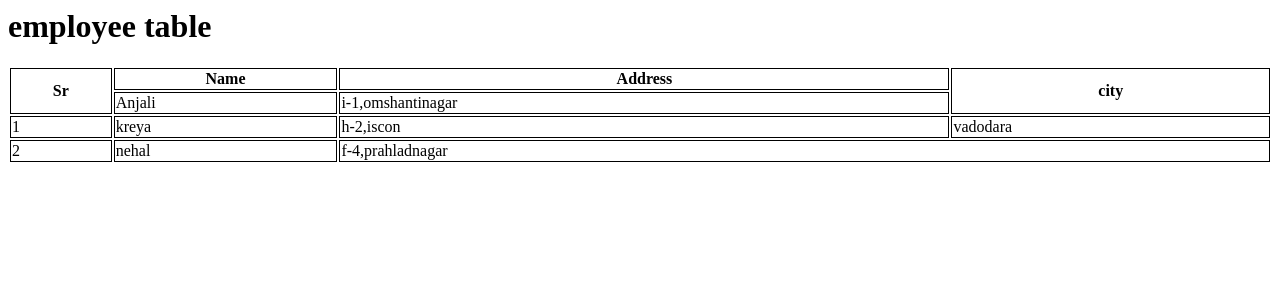
Repository: pratixa-chauhan/practice
Page: style/table3.html
These files come from the project's save history. The page is drawn as it stood at one moment and after the next save; the edit follows.
The browser window is 1280 px wide. The pictures show the whole page.

Above is the page before, as saved 2021-12-16 17:58:46.

After the next save:
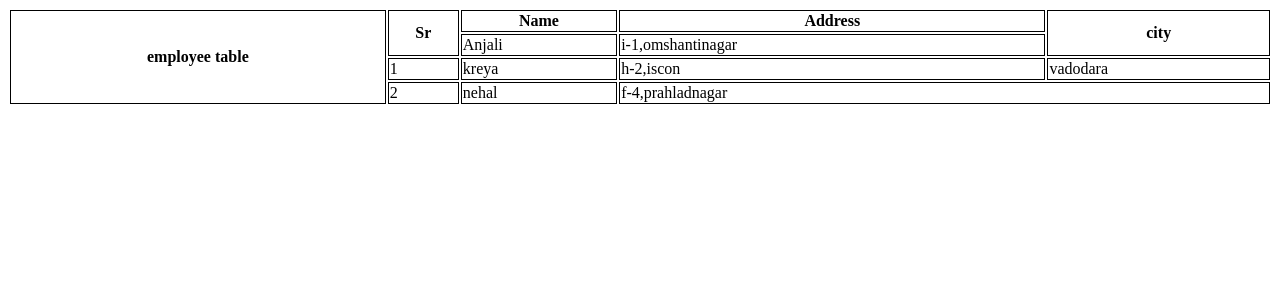
Saved 92 s later.
--- a/style/table3.html
+++ b/style/table3.html
@@ -6,9 +6,10 @@
         }
 
     </style>
-    <h1>employee table</h1>
+
     <table style="width: 100%">
     <tr>
+        <th rowspan="4">employee table</th>
         <th rowspan="2">Sr</th>
         <th>Name</th>
         <th>Address</th>

After the save that followed:
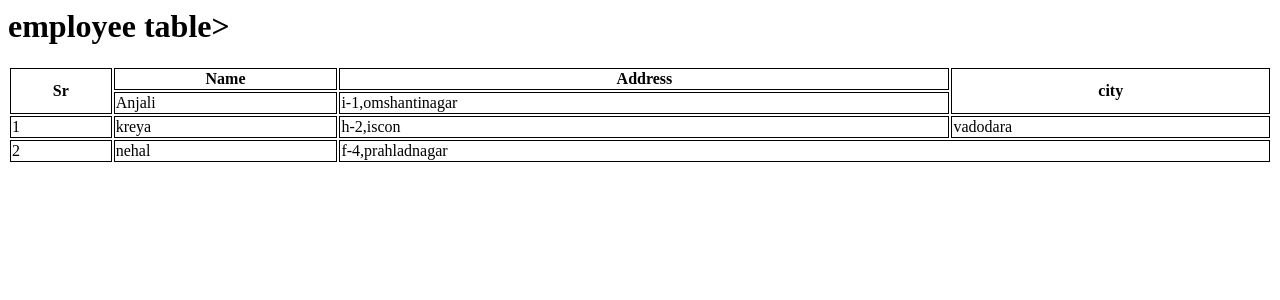
Saved 85 s later.
--- a/style/table3.html
+++ b/style/table3.html
@@ -6,10 +6,10 @@
         }
 
     </style>
-
+    <h1 rowspan="4">employee table></h1>
     <table style="width: 100%">
     <tr>
-        <th rowspan="4">employee table</th>
+
         <th rowspan="2">Sr</th>
         <th>Name</th>
         <th>Address</th>
